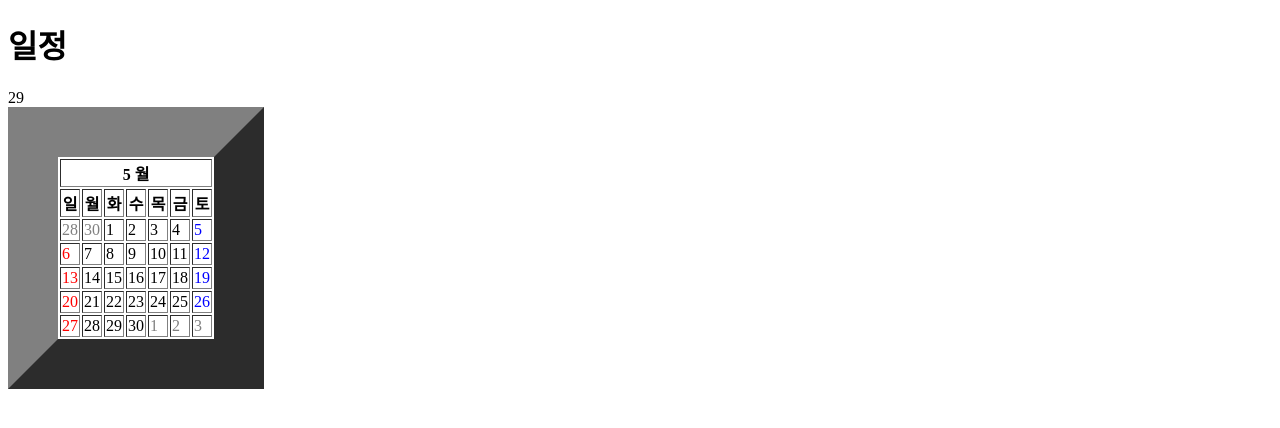
Repository: ssleap/multicampusIoT
Page: workspace190520/edu1/WebContent/workshop.html
An editor plug-in stored every save of this project. The page is shown before and after the next save, followed by the edit.
The browser window is 1280 px wide. The pictures show the whole page.

Above is the page before, as saved 2019-05-20 07:40:01.

### workspace190520/edu1/WebContent/workshop.html
<!DOCTYPE html>
<html>
<head>
<meta charset="UTF-8">
<meta name = "viewport" content ="width=device-width, initial-scale=1">
<title>달력</title>
</head>
<body>
	<h1>일정</h1>

	<table border = "50">
		<tr><th colspan = "7">5 월</th></tr>
		<tr><th>일</th><th>월</th><th>화</th><th>수</th>
		<th>목</th><th>금</th><th>토</th></tr>
		<tr>
			<td style = "color : grey">28</td>29<td style = "color : grey">30</td>
			<td>1</td><td>2</td>
			<td>3</td><td>4</td>
			<td style = "color : blue">5</td>
		</tr>
		<tr>
			<td style = "color : red">6</td><td>7</td>
			<td>8</td><td>9</td>
			<td>10</td><td>11</td>
			<td style = "color : blue">12</td>
		</tr>
		<tr>
			<td style = "color : red">13</td><td>14</td>
			<td>15</td><td>16</td>
			<td>17</td><td>18</td>
			<td style = "color : blue">19</td>
		</tr>
		<tr>
			<td style = "color : red">20</td><td>21</td>
			<td>22</td><td>23</td>
			<td>24</td><td>25</td>
			<td style = "color : blue">26</td>
		</tr>
		<tr>
			<td style = "color : red">27</td><td>28</td>
			<td>29</td><td>30</td>
			<td style = "color : grey">1</td><td style = "color : grey">2</td>
			<td style = "color : grey">3</td>
		</tr>
	</table>
</body>
</html>

After the next save:
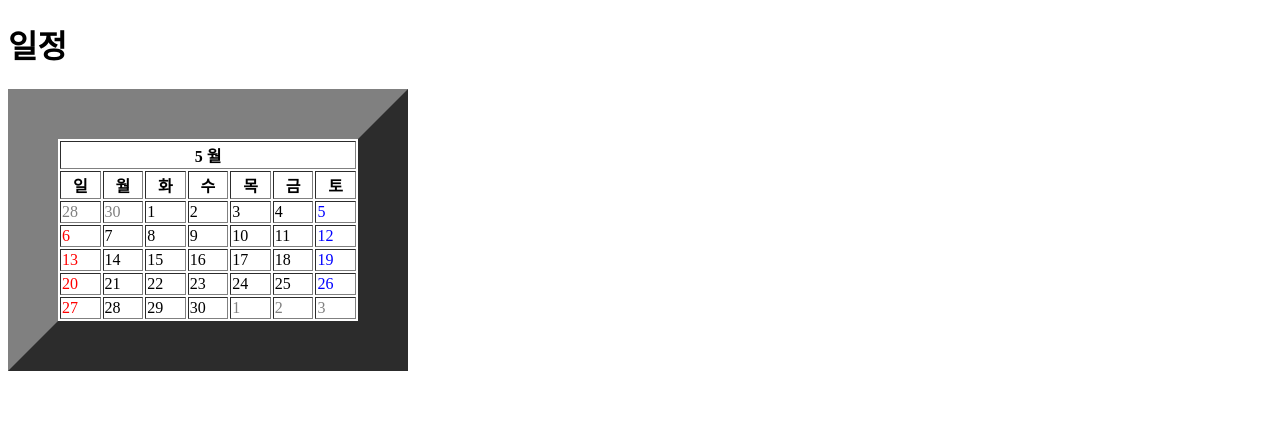
Saved 34 s later.
--- a/workspace190520/edu1/WebContent/workshop.html
+++ b/workspace190520/edu1/WebContent/workshop.html
@@ -8,12 +8,12 @@
 <body>
 	<h1>일정</h1>
 
-	<table border = "50">
+	<table width = "400" border = "50">
 		<tr><th colspan = "7">5 월</th></tr>
 		<tr><th>일</th><th>월</th><th>화</th><th>수</th>
 		<th>목</th><th>금</th><th>토</th></tr>
 		<tr>
-			<td style = "color : grey">28</td>29<td style = "color : grey">30</td>
+			<td style = "color : grey">28</td><td style = "color : grey">30</td>
 			<td>1</td><td>2</td>
 			<td>3</td><td>4</td>
 			<td style = "color : blue">5</td>
